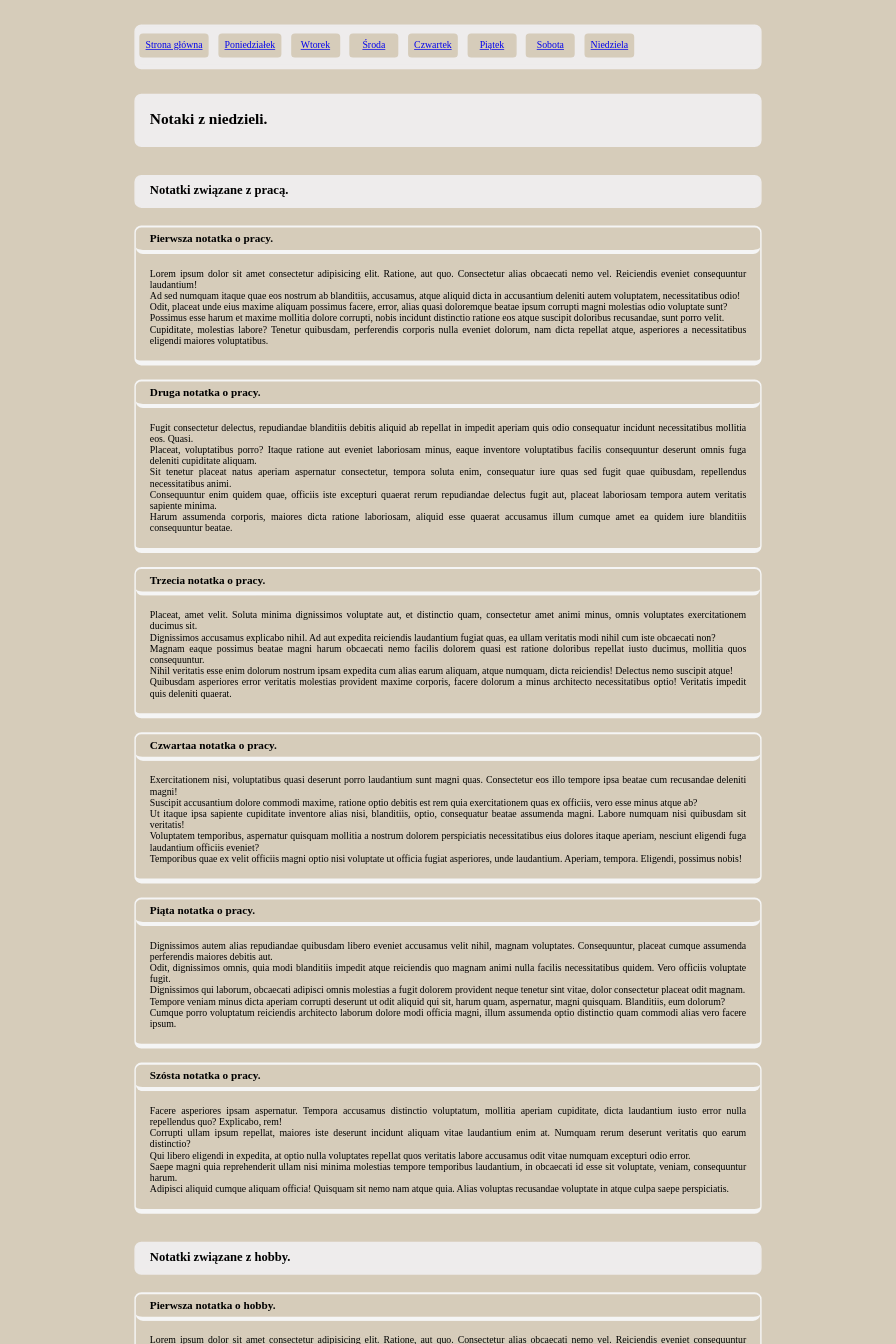
Repository: ArturNatwora/hompage
Page: days/7.html
These files come from the project's save history. The page is drawn as it stood at one moment and after the next save; the edit follows.
The browser window is 1280 px wide. The pictures show the part of the page from y = 0 to 1920 px (the page is 3394 px tall before and 3276 px after), at 70% of full size.

Above is the page before, as saved 2019-06-12 10:29:57.

After the next save:
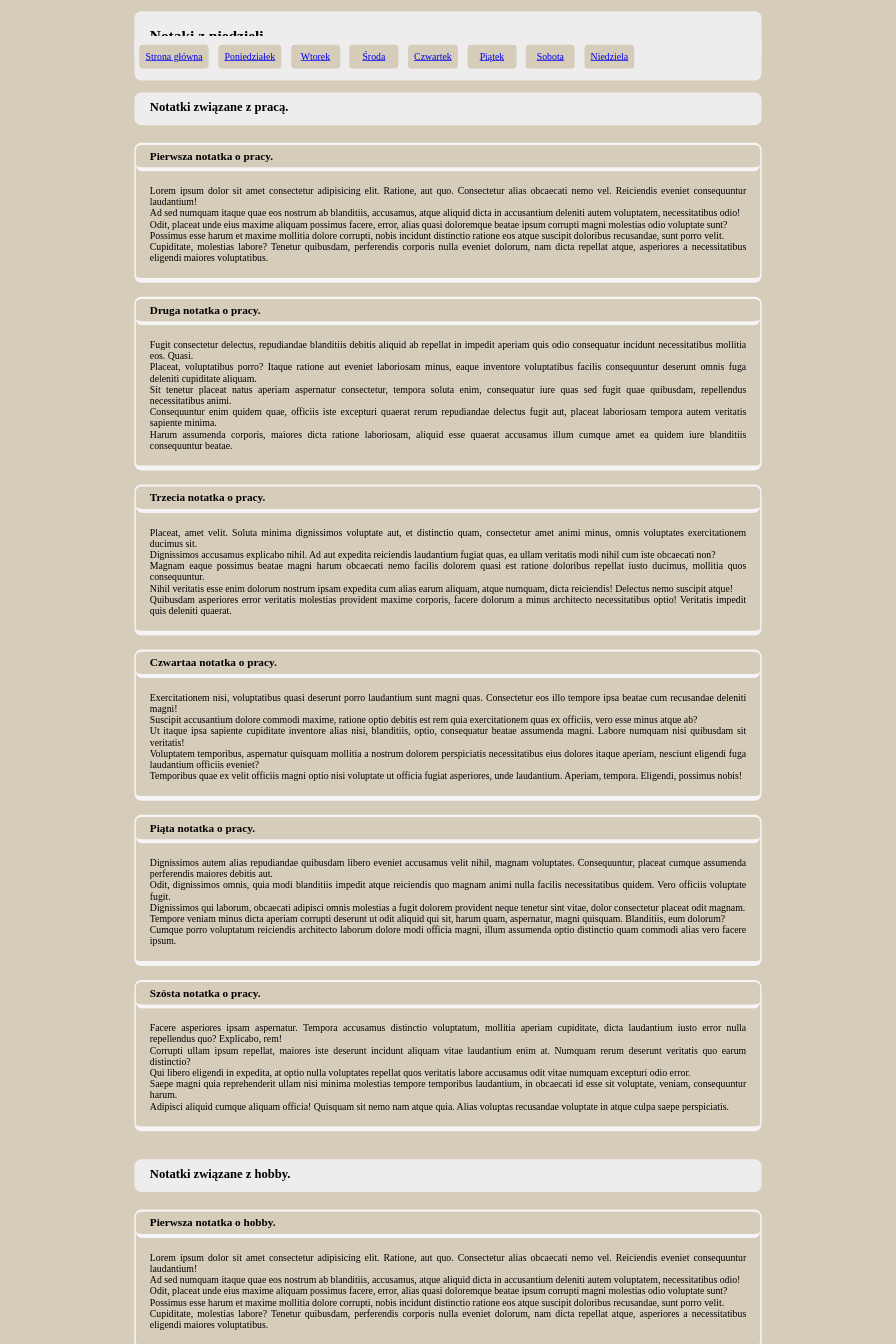
Saved 14 min 39 s later.
--- a/index.css
+++ b/index.css
@@ -26,7 +26,8 @@
 }
 .bodyHeader__nav{
     background: rgb(238, 236, 236);
-    width: 100%;
+    width: 70%;
+    position: fixed;
 
     margin: 35px 0;
     display: block;

After the save that followed:
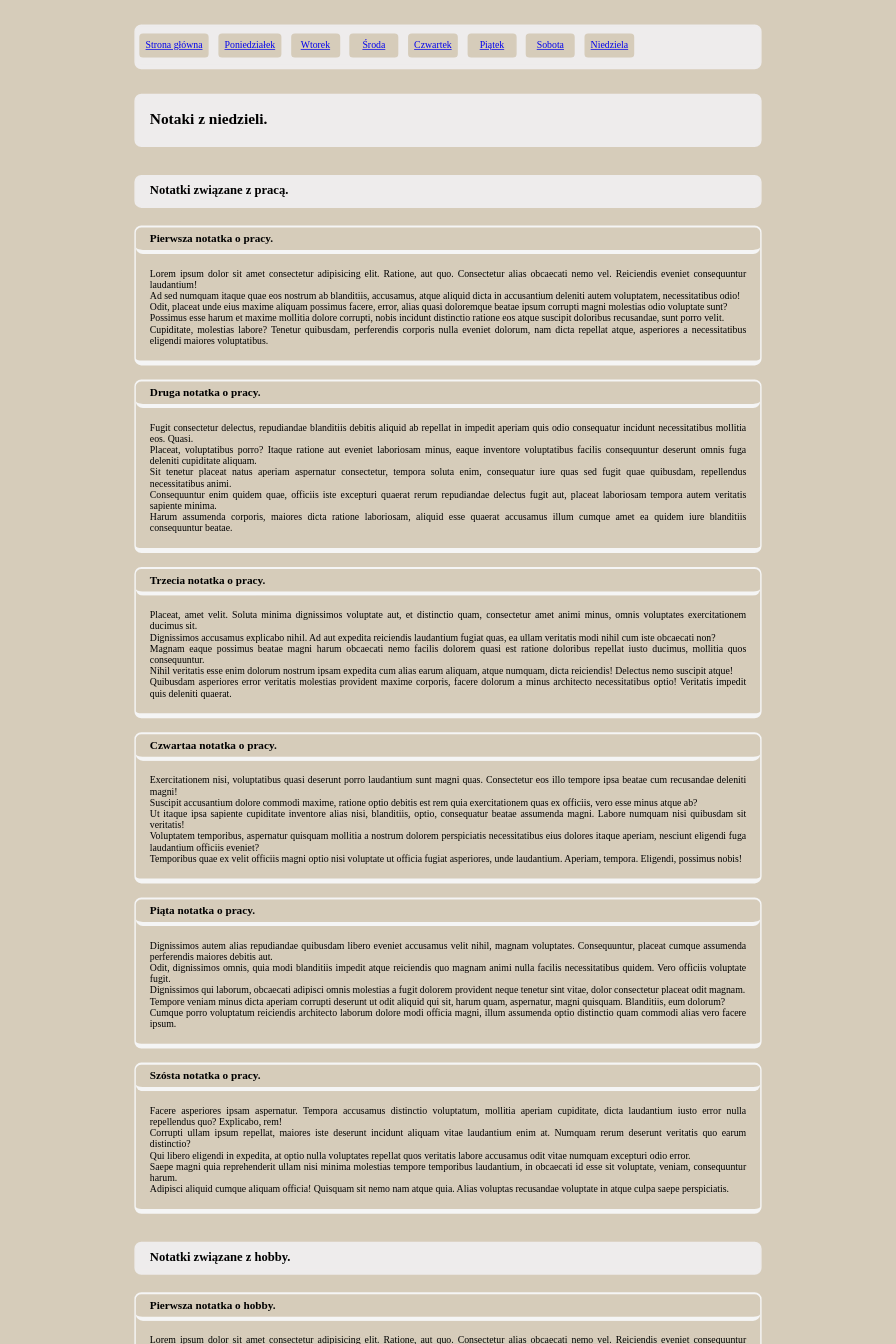
Saved 2 min 47 s later.
--- a/index.css
+++ b/index.css
@@ -26,8 +26,8 @@
 }
 .bodyHeader__nav{
     background: rgb(238, 236, 236);
-    width: 70%;
-    position: fixed;
+    width: 100%;
+
 
     margin: 35px 0;
     display: block;
